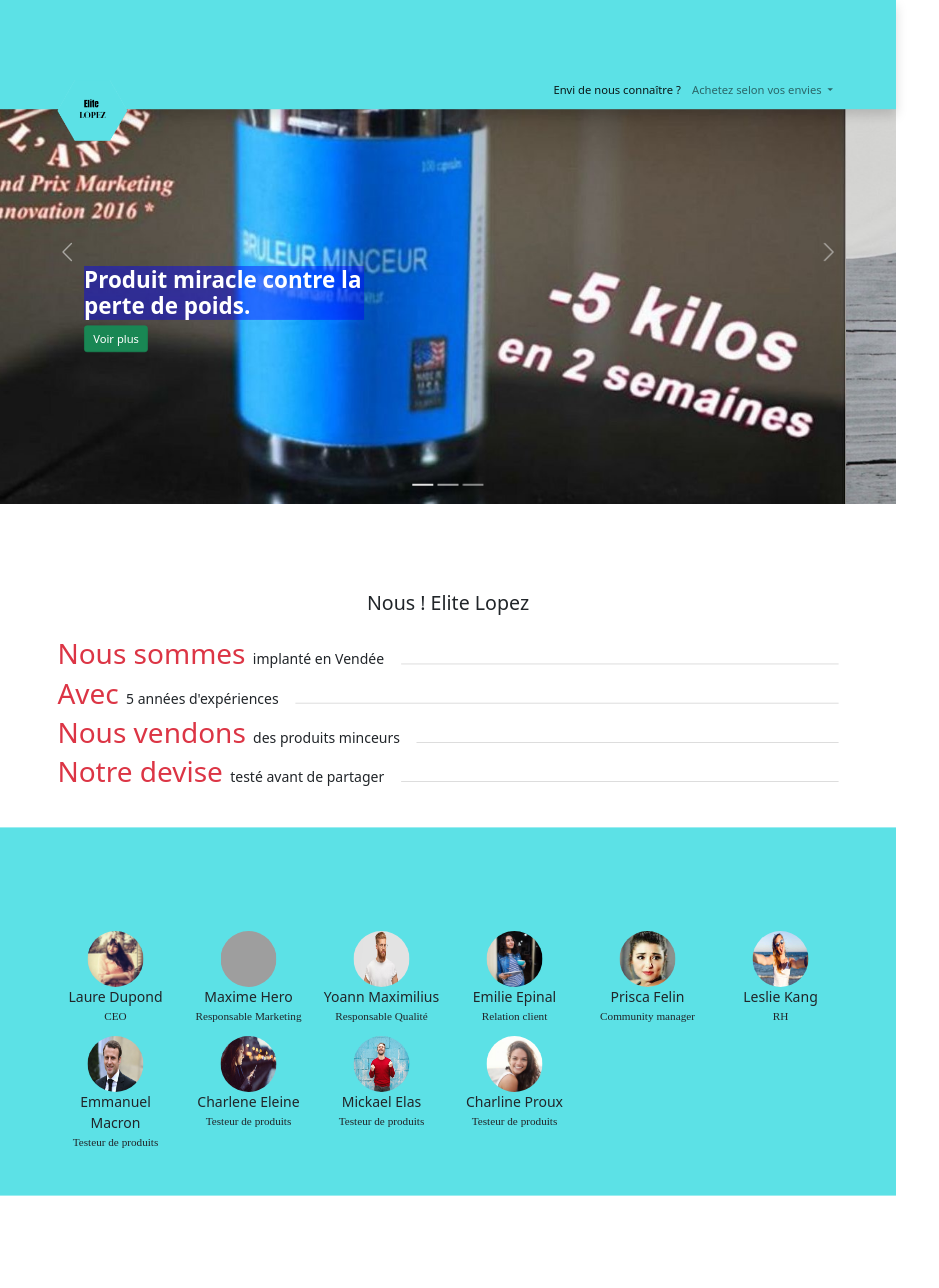
Repository: ypiard85/elitlopez
Page: index.html
The author's editor kept a copy of each file at every save. The page is drawn from the files as they stood at one save, then again after the next save.
The browser window is 1280 px wide. The page is 1342 px wide, then 1280 px, so the pictures cover 1342 px, including what lies to the right of the window. The pictures show the part of the page from y = 0 to 1840 px (the page is 4541 px tall before and 4097 px after), at 70% of full size.
Pictures or frames that could not be fetched are drawn as grey boxes.

Above is the page before, as saved 2021-04-13 12:25:42.

After the next save:
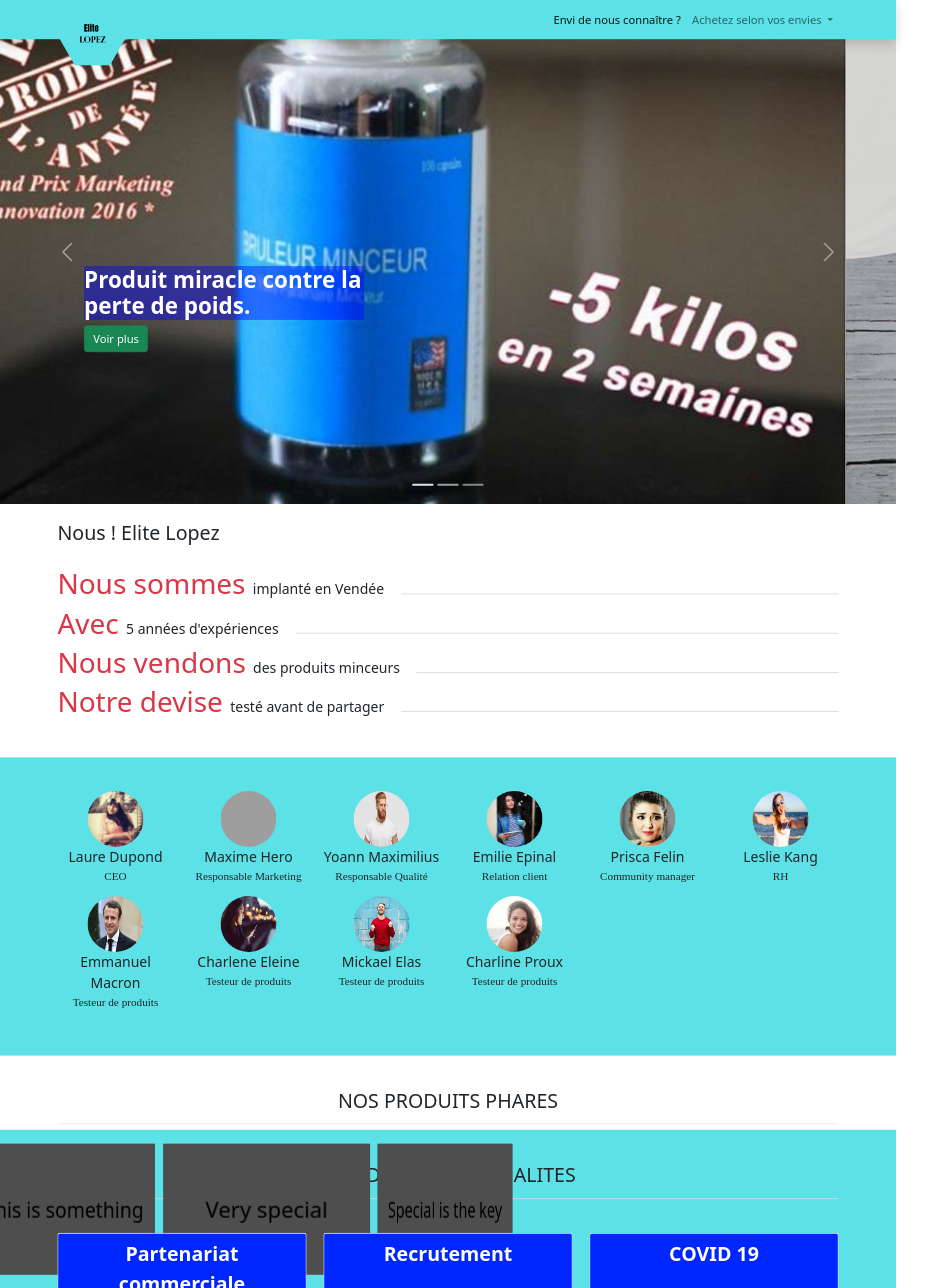
Saved 8 s later.
--- a/asset/css/carousel.css
+++ b/asset/css/carousel.css
@@ -1,16 +1,3 @@
-body {
-    margin: 0;
-    background: lightgray;
-    text-align: center;
-    font-family: sans-serif;
-    color: #fefefe;
-  }
-  .container {
-    position: relative;
-    width: 320px;
-    margin: 100px auto 0 auto;
-    perspective: 1000px;
-  }
 
   .carousel-two {
     position: absolute;
